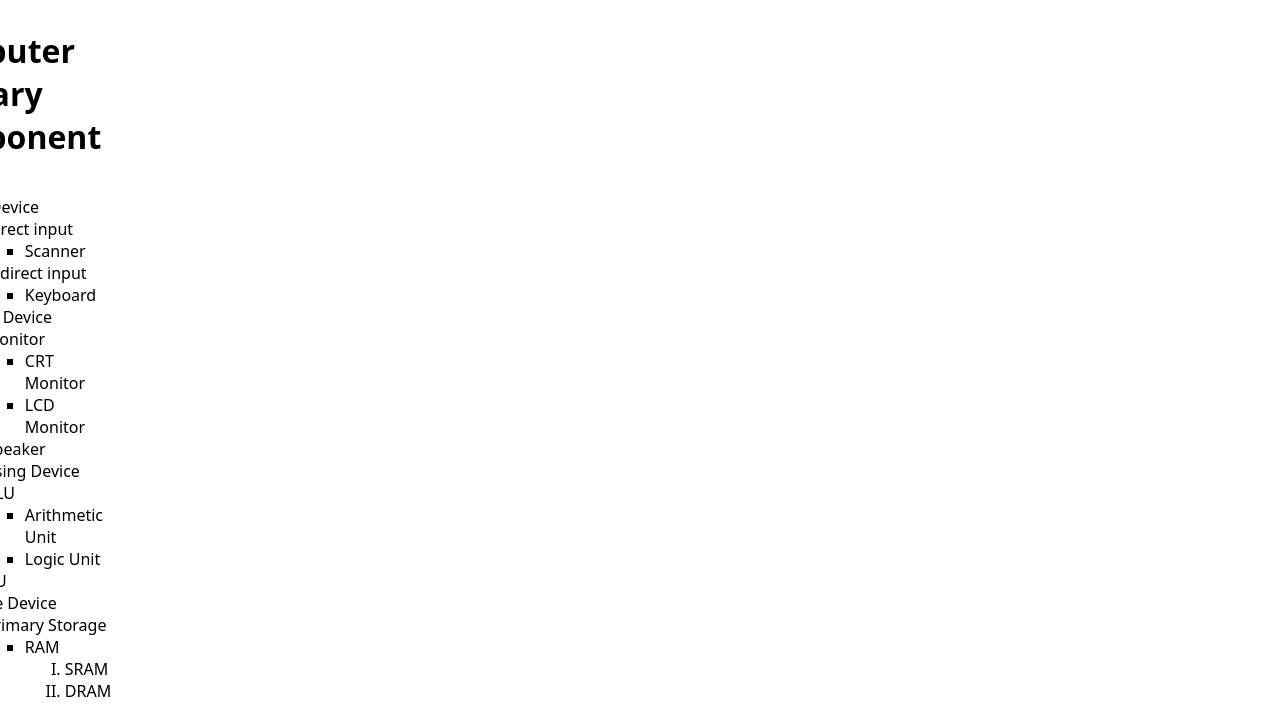
Repository: SharonSebastian32/Nested_List_in_html
Page: index.html
These files come from the project's save history. The page is drawn as it stood at one moment and after a run of saves; the edit follows.
The browser window is 1280 px wide. The pictures show the whole page.

Above is the page before, as saved 2024-09-01 07:48:17.

After the next 2 saves:
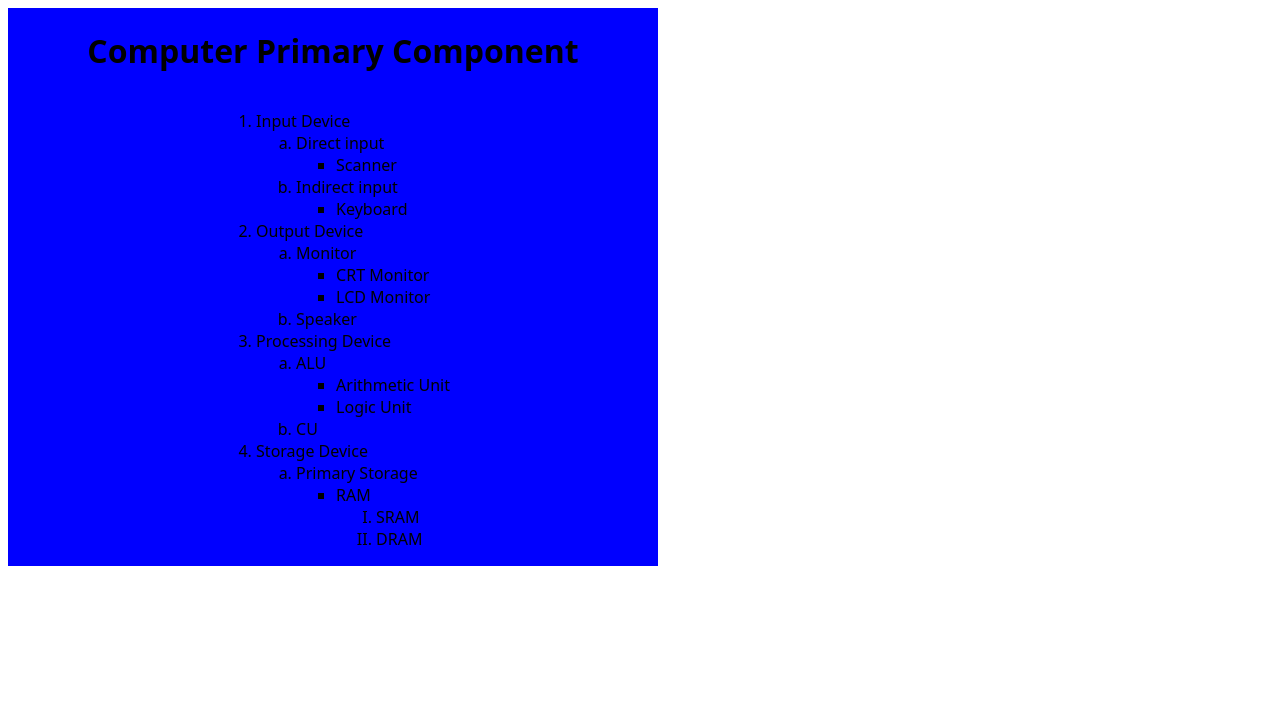
The 2 saves are shown as one change because they came seconds apart.
The last was saved 6 s later.
--- a/index.html
+++ b/index.html
@@ -7,7 +7,7 @@
     <link rel="stylesheet" href="./Styles/Styles.css" />
   </head>
   <body>
-    <div style="display: flex; justify-content: center; align-items: center; flex-direction:column; background-color: blue; width: 0px;">
+    <div style="display: flex; justify-content: center; align-items: center; flex-direction:column; background-color: blue; width: 650px;">
       <h1>Computer Primary Component</h1>
       <ol>
         <li>Input Device</li>
